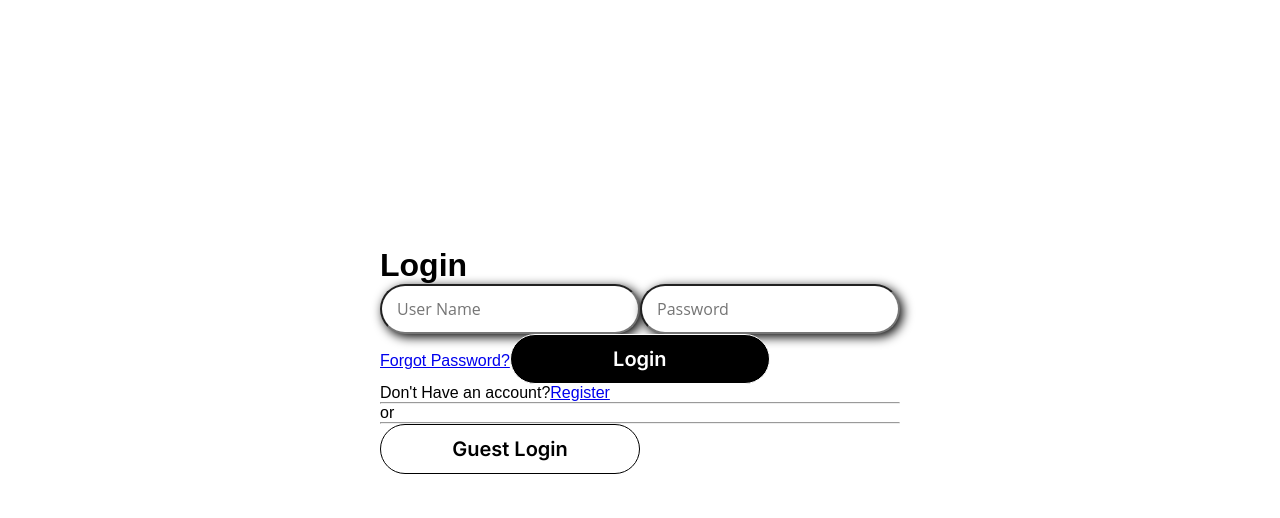
Repository: Cherced/virtualassistant
Page: /Draft
An editor plug-in stored every save of this project. The page is shown before and after the next save, followed by the edit.
The browser window is 1280 px wide. The pictures show the whole page.
The project was rebuilt for these pictures with package versions that can differ from the ones it lists, and the page was loaded fresh each time. The framework's server and built-in components were replaced by stand-ins that run in the browser.

Above is the page before, as saved 2022-07-16 17:18:25.

After the next save:
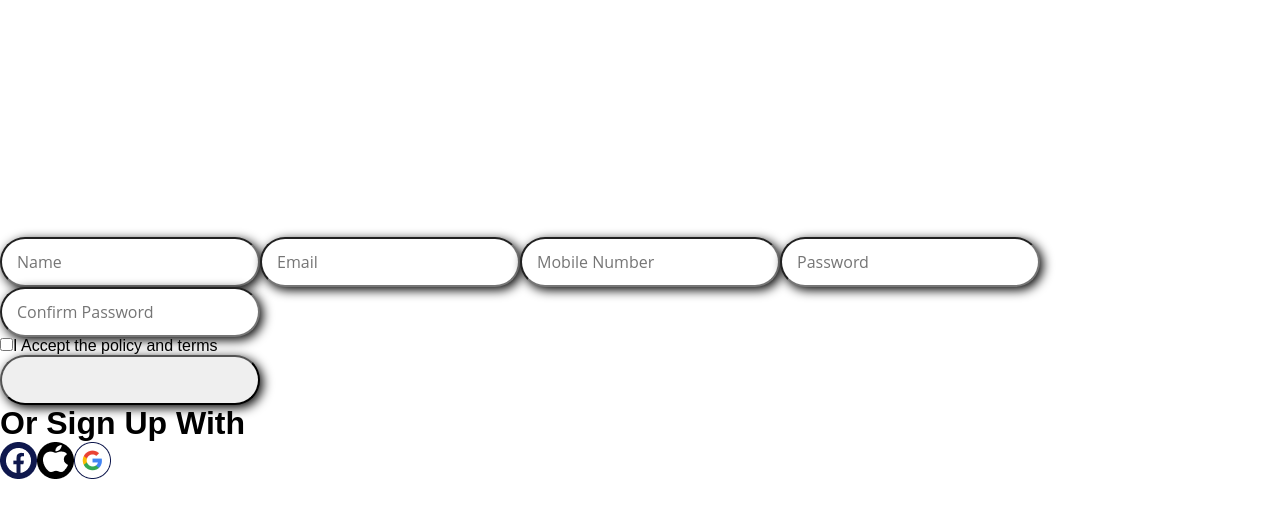
Saved 6 min 6 s later.
--- a/pages/Draft.jsx
+++ b/pages/Draft.jsx
@@ -1,12 +1,13 @@
 import React from 'react'
-import { LoginForm } from '../components/molecules/login/LoginForm'
+import { SignForm } from '../components/molecules/signUp/SignForm'
+
 
 
 
 const Draft = () => {
   return (
     <div className="Draft">
-      <LoginForm/>
+      <SignForm/>
     </div>
   )
 }
